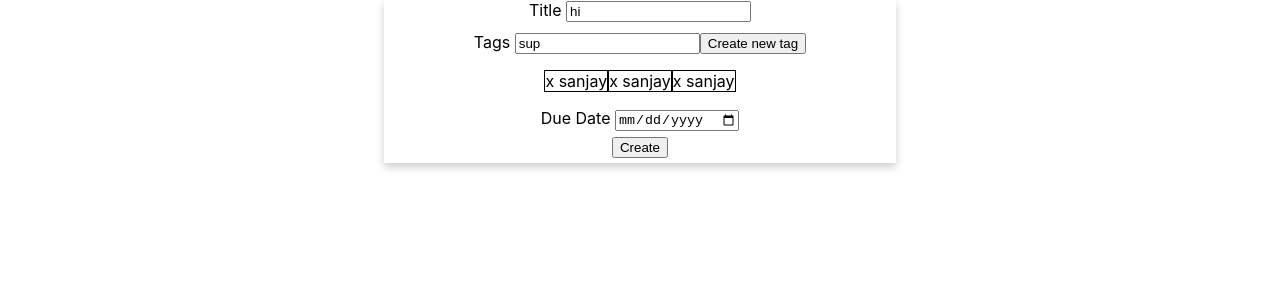
Repository: sanjayMamidipaka/reactappbits
Page: /
The author's editor kept a copy of each file at every save. The page is drawn from the files as they stood at one save, then again after a run of saves.
The browser window is 1280 px wide. The pictures show the whole page.
The project was rebuilt for these pictures with package versions that can differ from the ones it lists, and the page was loaded fresh each time.

Above is the page before, as saved 2022-01-18 12:05:23.

### src/App.tsx
import logo from './logo.svg';
import './App.css';
import TodoList from './components/TodoList';

function App() {
  return (
    <div className="App">
      <TodoList/>
    </div>
  );
}

export default App;

### src/components/TodoList.tsx
import React, { EventHandler } from 'react'
import './TodoList.css'
import { useState } from 'react'
import Tag from './Tag'
/**
 * Thank you for applying to Bits of Good. You are free to add/delete/modify any
 * parts of this project. That includes changing the types.ts, creating css files,
 * modifying import statements, using contexts, etc. We do recommend to keep it simple.
 * You will not be judged based on complexity. We also recommend using
 * multiple components instead of coding everything on this file :)
 *
 * Have fun! Please reach out to hello@bitsofgood.org or wkim330@gatech.edu if you
 * have any questions!
 *
 * Bits of Good Engineering Team
 *
 */
// TODO: Start coding from here

// Here's a baseline todo item type.
// Feel free to extend or create your own interface!
export type TodoItem = {
  title: string,
  dueDate: Date,
  tagList: string[],
  completed: boolean,
}

export default function TodoList() {
  const [name, setName] = useState('hi');
  const [email, setEmail] = useState('sup');

  const whenSubmitted = (e: any) => {
      e.preventDefault();
      // setDataNew((dataNew) => {
      //   return [...dataNew, { id: index, name, email }];
      // });
      // setNewIndex(index + 1);
      setName("");
      setEmail("");
    };

  const example: TodoItem = {
    title: 'Example todo',
    dueDate: new Date(),
    tagList: ['example', 'todo'],
    completed: false,
  }
  return (
  <div className="card">
    <label htmlFor="nameLabel">Title </label>
        <input
          type="text"
          value={name}
          onChange={(e) => setName(e.target.value)}
        />
        <div style={{padding: '5px'}}></div>

        <label htmlFor="nameLabel">Tags </label>
        <input
          type="text"
          value={email}
          onChange={(e) => setEmail(e.target.value)}
        />
        <button type="submit" onClick={whenSubmitted}>
          Create new tag
        </button>

        <div>
          <Tag name='sanjay'></Tag>
          <Tag name='sanjay'></Tag>
          <Tag name='sanjay'></Tag>
        </div>

        <label htmlFor="nameLabel">Due Date </label>
        <input
          type="date"
          value={email}
          onChange={(e) => setEmail(e.target.value)}
        />

        <div style={{padding: '5px'}} className = 'submitButton'>
          <button type='submit'>Create</button>
        </div>

</div>
  )
}

### src/components/TodoList.css
.card {
  /* Add shadows to create the "card" effect */
  box-shadow: 0 4px 8px 0 rgba(0,0,0,0.2);
  transition: 0.3s;
  width: 40%;
  margin: 0 auto;
}

/* On mouse-over, add a deeper shadow */
.card:hover {
  box-shadow: 0 8px 16px 0 rgba(0,0,0,0.2);
}

/* Add some padding inside the card container */
.container {
  padding: 2px 16px;
}

### src/components/Tag.tsx
import React from 'react'
import './Tag.css'

function Tag({name}: {name: string}) {
    return (
        <p className='Tag'>
            x {name}
        </p>
    )
}

export default Tag

### src/components/Tag.css
.Tag {
    border: 'blue';
    border-style: solid;
    border-width: 1px;
    display: inline-block;
}

Loaded but not shown: public/index.html (common file); src/index.tsx (common file); src/index.css (common file); src/reportWebVitals.js (common file); src/App.css (common file)

After the next 3 saves:
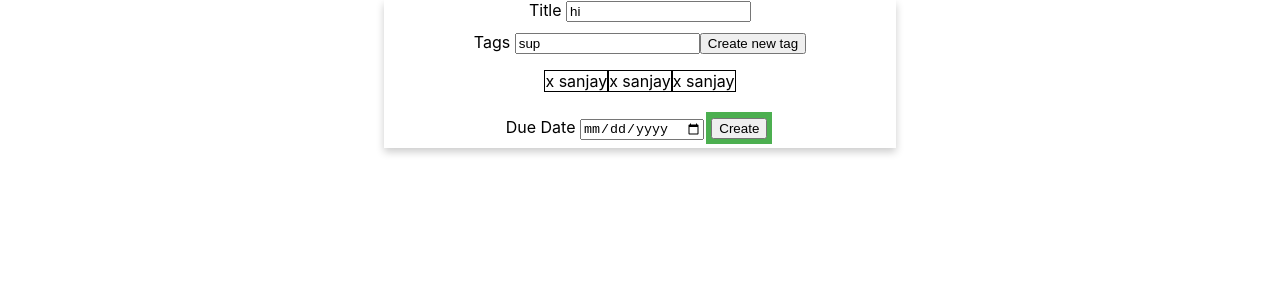
The 3 saves are shown as one change because they came seconds apart.
The last was saved 11 s later.
--- a/src/components/TodoList.css
+++ b/src/components/TodoList.css
@@ -15,3 +15,16 @@
 .container {
   padding: 2px 16px;
 }
+
+.submitButton {
+    background-color: #4CAF50;
+    border: none;
+    color: white;
+    padding: 15px 32px;
+    text-align: center;
+    text-decoration: none;
+    display: inline-block;
+    font-size: 16px;
+    margin: 4px 2px;
+    cursor: pointer;
+}

After the save that followed:
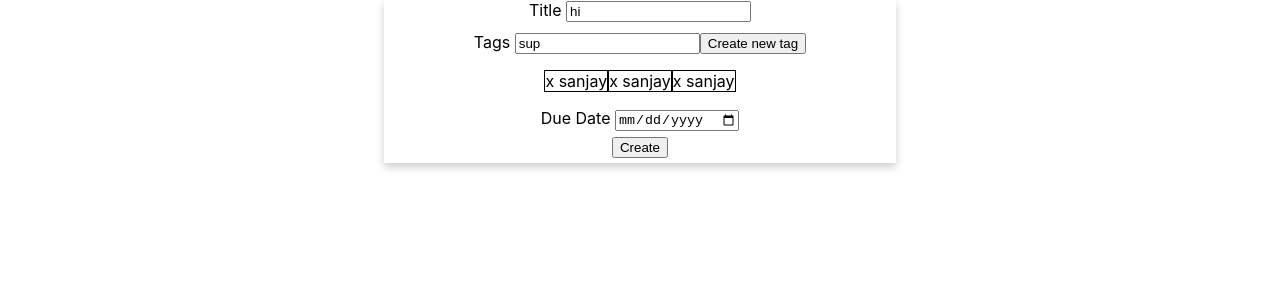
Saved 12 s later.
--- a/src/components/TodoList.css
+++ b/src/components/TodoList.css
@@ -17,14 +17,5 @@
 }
 
 .submitButton {
-    background-color: #4CAF50;
-    border: none;
-    color: white;
-    padding: 15px 32px;
-    text-align: center;
-    text-decoration: none;
-    display: inline-block;
-    font-size: 16px;
-    margin: 4px 2px;
-    cursor: pointer;
+
 }
